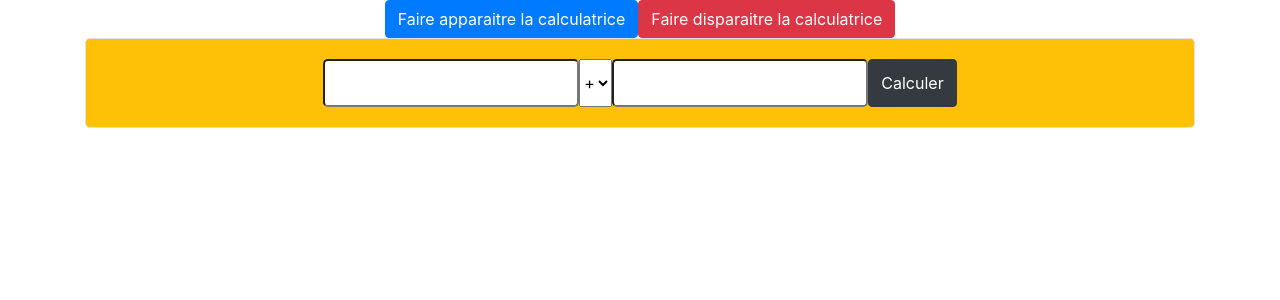
Repository: julieLyM/calculatrice
Page: calculatrice.html
An editor plug-in stored every save of this project. The page is shown before and after a run of saves, followed by the edit.
The browser window is 1280 px wide. The pictures show the whole page.

Above is the page before, as saved 2020-12-08 15:17:37.

### calculatrice.html
<!DOCTYPE html>
<html lang="fr">
  <head>
    <meta charset="UTF-8">
    <meta name="viewport" content="width=device-width, initial-scale=1.0">
		<link rel="stylesheet" href="https://cdn.jsdelivr.net/npm/bootstrap@4.5.3/dist/css/bootstrap.min.css" integrity="sha384-TX8t27EcRE3e/ihU7zmQxVncDAy5uIKz4rEkgIXeMed4M0jlfIDPvg6uqKI2xXr2" crossorigin="anonymous">

    <title>exercice calculatrice</title>
  </head>
  <body>
    <div class="container-fluid">
      <div class="container">

        <div class="row justify-content-center" style="margin: 0 auto; text-align:center">
            <button class="btn btn-primary" id="appear" >Faire apparaitre la calculatrice </button>
            <button class="btn btn-danger" id="disapear">Faire disparaitre la calculatrice</button>
        </div>


        <div class="row justify-content-center border bg-warning w-100 rounded-lg" id="blocCal"  style="padding: 20px;margin: 0px auto; text-align:center">
          <div class="col-12"></div>
          <input type="text" class="rounded-lg" value="" id="nombre1">

          <select name="calcul" id="operateur">
            <option>+</option>
            <option>-</option>
            <option>*</option>
            <option>/</option>
          </select>

          <input type="text" class="rounded-lg" value="" id="nombre2">
          <br>
          <br>
          <button type="button" class="btn btn-dark" id="calculer">Calculer</button>
          <br>

          <br>
    </div>
    <div class="row">
      <div id="message" class="w-100"></div>
    </div>
  </div>
</div>
    <!--APPEL JQUERY-->
		<script src="https://code.jquery.com/jquery-3.5.1.min.js" integrity="sha256-9/aliU8dGd2tb6OSsuzixeV4y/faTqgFtohetphbbj0=" crossorigin="anonymous"></script>
		<script src="https://cdn.jsdelivr.net/npm/bootstrap@4.5.3/dist/js/bootstrap.bundle.min.js" integrity="sha384-ho+j7jyWK8fNQe+A12Hb8AhRq26LrZ/JpcUGGOn+Y7RsweNrtN/tE3MoK7ZeZDyx" crossorigin="anonymous"></script>
    <!--NOTRE CODE JS-->
    <script src="calculatrice.js"></script>
  </body>
</html>

### calculatrice.js
//Etapes :
// --------
// - faire une page html
// - créer deux input type text avec deux id différent pour la saisie des valeurs
// - créer un select avec un id pour proposer les différents opérateurs. (+-*/    ** %)
// - créer un bouton avec un id pour lancer le calcul (button, span)

// Avec js :
// ---------
// - lors du click  sur le bouton (evenement) :
// - récupérer les deux saisies des champs text et l'opérateur selectionné

// - il peut être important de passer les saisies dans un parseFloat() pour les transformer en type number
// - declencher le calcul des saisies selon  l'opérateur avec un if qui va tester l'opérateur pour déclencher l'opération.
// - afficher l'opération avec le résultat.

// Pour aller plus loin :
// ----------------------
// - essayer de donner la possibilité de faire apparaitre ou disparaitre la calculatrice

$(document).ready(function () {
  $('#appear').on('click', function () {
    $('#blocCal').slideDown(1000);
  });

  // Cacher la  calculatrice :
  $('#disapear').on('click', function () {
    $('#blocCal').slideUp(1000);
  });

  $('#calculer').on('click', function () {
    var value1 = $('#nombre1').val();
    var signe = $('#operateur').val();
    var value2 = $('#nombre2').val();

    value1 = parseFloat(value1);
    value2 = parseFloat(value2);
    var resultat = '';

    if (signe == '+') {
      resultat = $('#message').html(
        '<div style="background-color: pink;color: yellow; text-align: center;font-size:26px; padding:20px">Résultat addition: ' +
          value1 +
          signe +
          value2 +
          ' = ' +
          (value1 + value2) +
          '</div>'
      );
    } else if (signe == '-') {
      resultat = resultat = $('#message').html(
        '<div style="background-color: pink;color: blue; text-align: center;font-size:26px; padding:20px">Résultat soustration: ' +
          value1 +
          signe +
          value2 +
          ' = ' +
          (value1 - value2) +
          '</div>'
      );
    } else if (signe == '*') {
      resultat = resultat = $('#message').html(
        '<div style="background-color: pink;color: purple; text-align: center;font-size:26px; padding:20px">Résultat multiplication: ' +
          value1 +
          signe +
          value2 +
          ' = ' +
          value1 * value2 +
          '</div>'
      );
    } else if (signe == '/') {
      resultat = resultat = $('#message').html(
        '<div style="background-color: pink;color: green; text-align: center;font-size:26px; padding:20px">Résultat division: ' +
          value1 +
          signe +
          value2 +
          ' = ' +
          value1 / value2 +
          '</div>'
      );
    }
  });

  $('#nombre1, #nombre2').on('mouseover', function () {
    $('#message').html(
      `<div style="background-color: pink;color: red; padding:20px">Saisir un chiffre</div>`
    );
  });

  $('#nombre1, #nombre2').on('mouseout', function () {
    $('#message').html('');
  });

  $('#operateur').on('mouseover', function () {
    $('#message').html(
      `<div style="background-color: pink;color: red; padding:20px">Saisir un opérateur + - / *</div>`
    );
  });
  $('#operateur').on('mouseout', function () {
    $('#message').html('');
  });
});

After the next 2 saves:
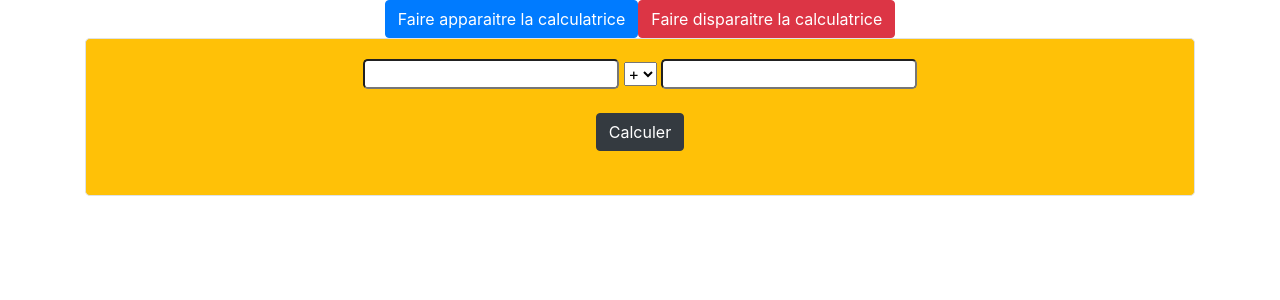
The 2 saves are shown as one change because they came seconds apart.
The last was saved 8 s later.
--- a/calculatrice.html
+++ b/calculatrice.html
@@ -18,7 +18,7 @@
 
 
         <div class="row justify-content-center border bg-warning w-100 rounded-lg" id="blocCal"  style="padding: 20px;margin: 0px auto; text-align:center">
-          <div class="col-12"></div>
+          <div class="col-12">
           <input type="text" class="rounded-lg" value="" id="nombre1">
 
           <select name="calcul" id="operateur">
@@ -35,6 +35,7 @@
           <br>
 
           <br>
+        </div>
     </div>
     <div class="row">
       <div id="message" class="w-100"></div>
